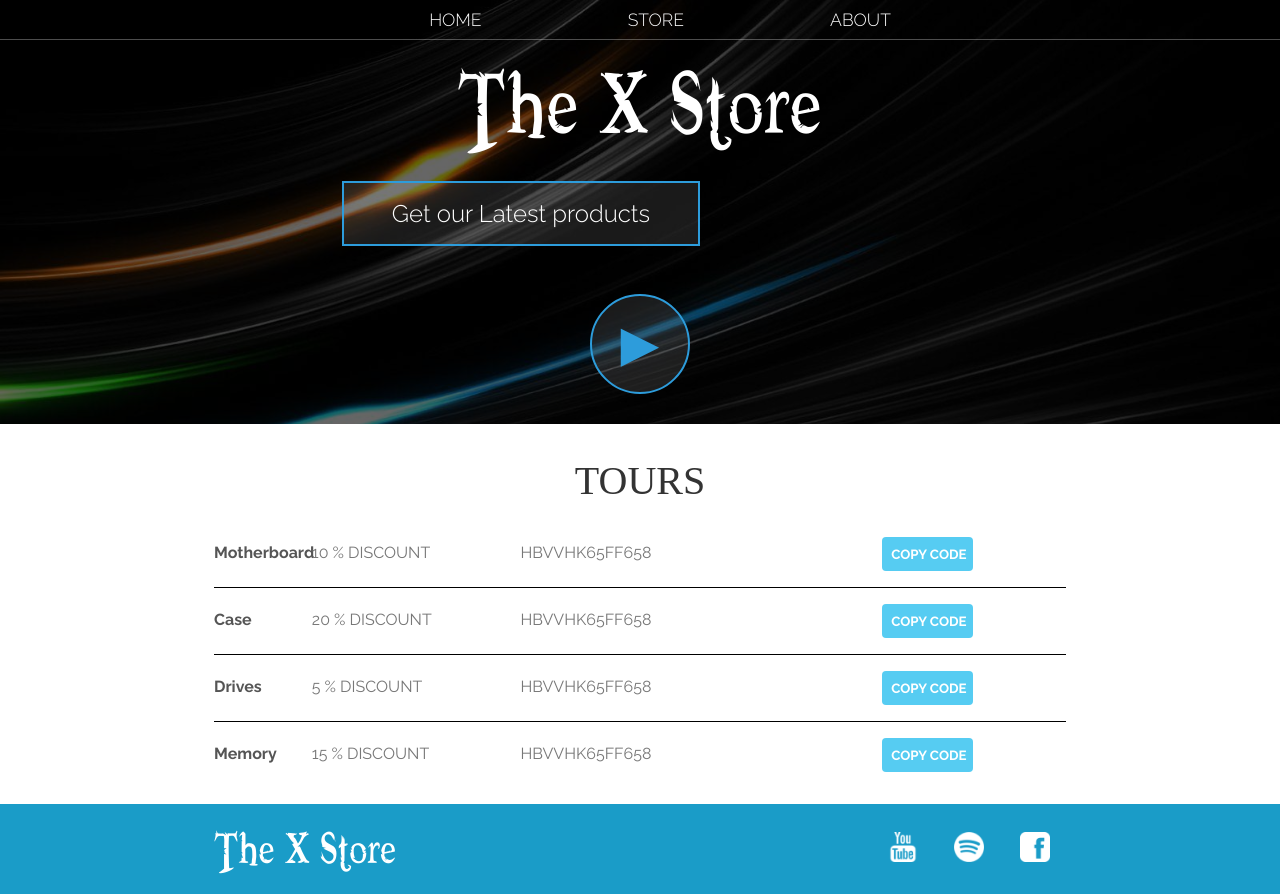
Repository: RL20/Strip_N_Shopping-cart
Page: index.html
These files come from the project's save history. The page is drawn as it stood at one moment and after the next save; the edit follows.
The browser window is 1280 px wide. The pictures show the whole page.
Some web fonts or font styles are not loaded; a fallback is used.

Above is the page before, as saved 2022-08-18 19:10:32.

After the next save:
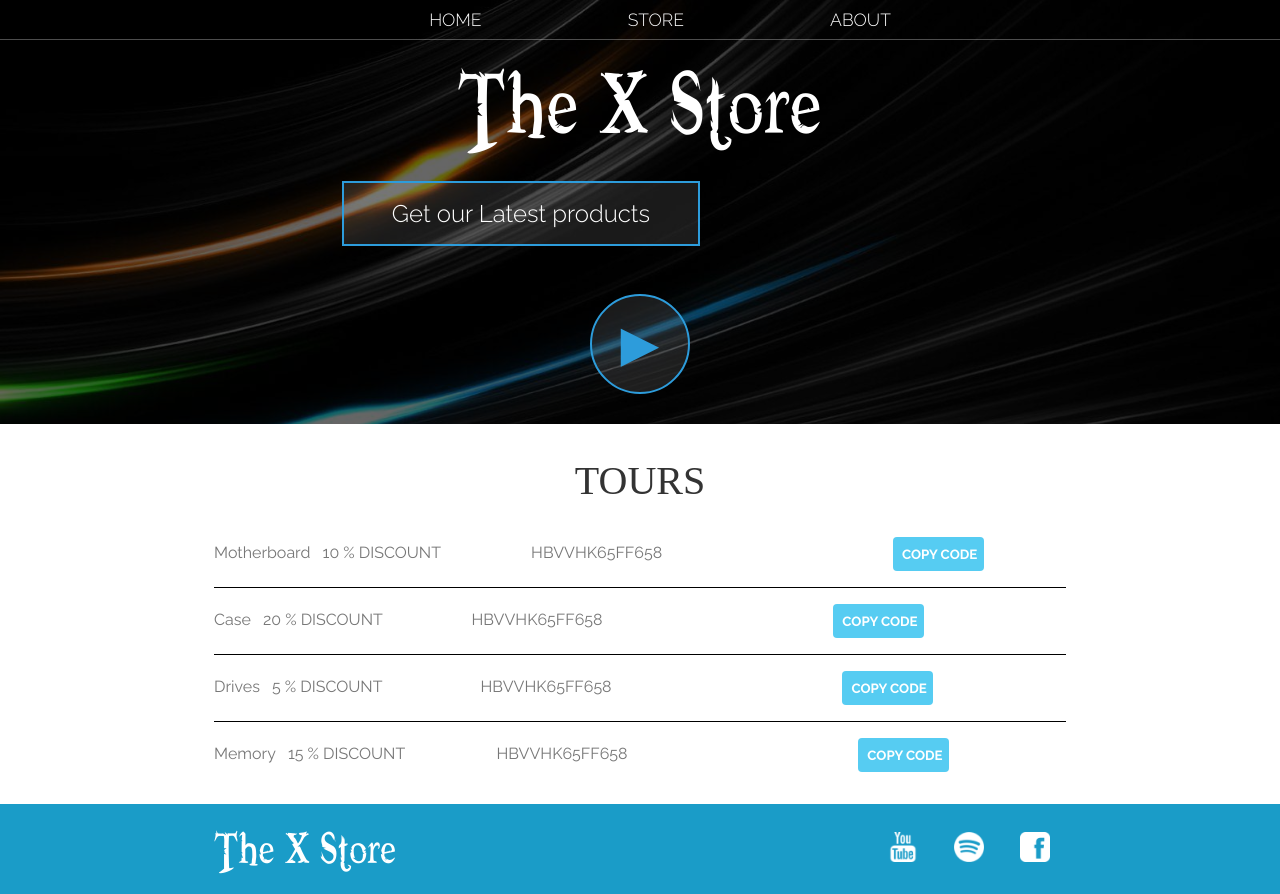
Saved 44 s later.
--- a/index.html
+++ b/index.html
@@ -24,25 +24,25 @@
       <h2 class="section-header">TOURS</h2>
       <div>
         <div class="info-row">
-          <span class="info-item info-date">Motherboard</span>
+          <span class="info-item info-part">Motherboard</span>
           <span class="info-item info-percent">10 % DISCOUNT</span>
           <span class="info-item info-coupon">HBVVHK65FF658</span>
           <button type="button" class="info-item info-btn btn btn-primary">COPY CODE</button>
         </div>
         <div class="info-row">
-          <span class="info-item info-date">Case</span>
+          <span class="info-item info-part">Case</span>
           <span class="info-item info-percent">20 % DISCOUNT</span>
           <span class="info-item info-coupon">HBVVHK65FF658</span>
           <button type="button" class="info-item info-btn btn btn-primary">COPY CODE</button>
         </div>
         <div class="info-row">
-          <span class="info-item info-date">Drives</span>
+          <span class="info-item info-part">Drives</span>
           <span class="info-item info-percent">5 % DISCOUNT</span>
           <span class="info-item info-coupon">HBVVHK65FF658</span>
           <button type="button" class="info-item info-btn btn btn-primary">COPY CODE</button>
         </div>
         <div class="info-row">
-          <span class="info-item info-date">Memory</span>
+          <span class="info-item info-part">Memory</span>
           <span class="info-item info-percent">15 % DISCOUNT</span>
           <span class="info-item info-coupon">HBVVHK65FF658</span>
           <button type="button" class="info-item info-btn btn btn-primary">COPY CODE</button>

After the save that followed:
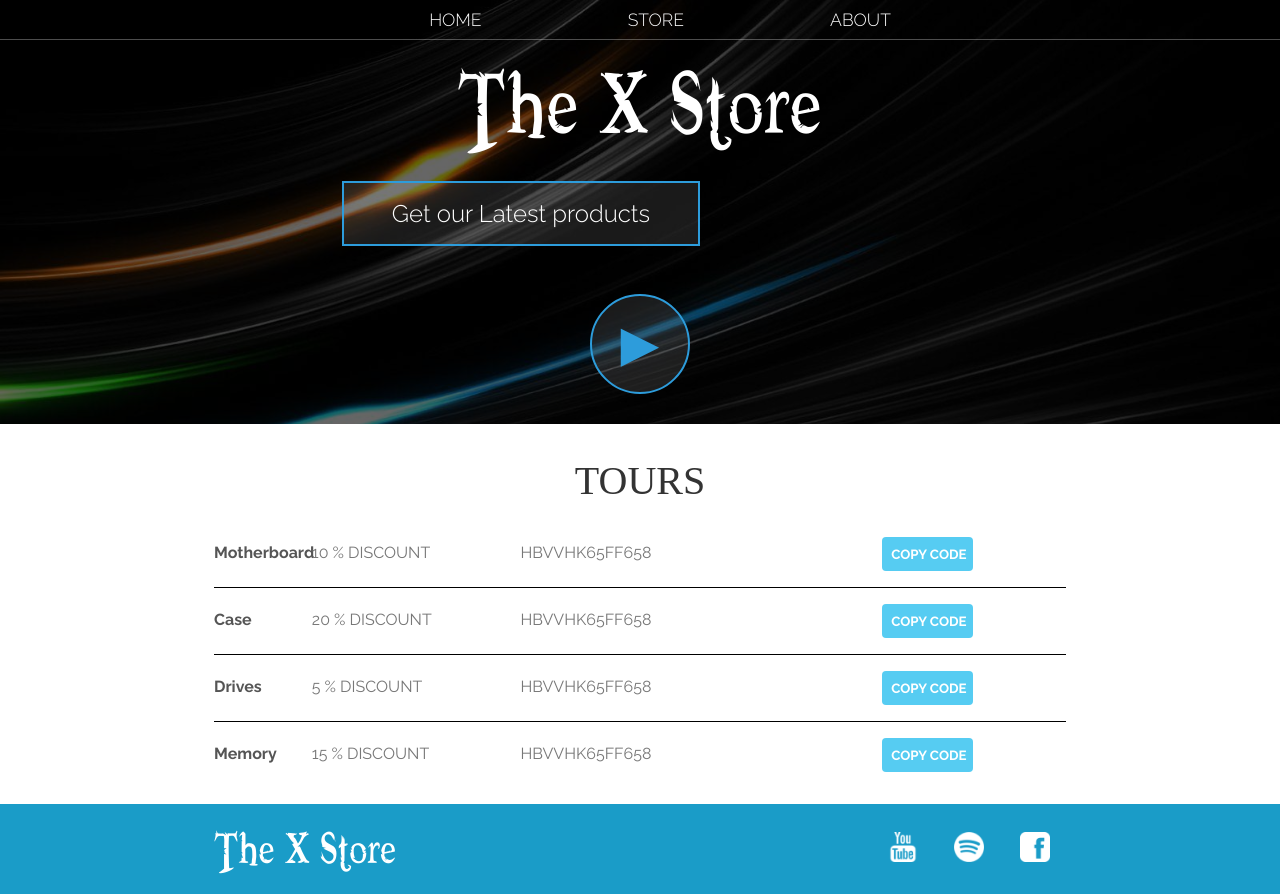
Saved 38 s later.
--- a/styles.css
+++ b/styles.css
@@ -185,7 +185,7 @@
   padding-right: 0.5em;
 }
 
-.info-date {
+.info-part {
   color: #555;
   width: 11%;
   font-weight: bold;
